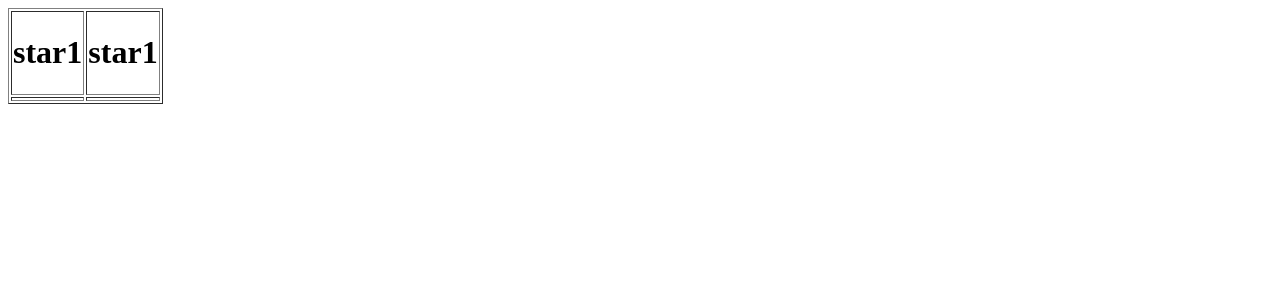
Repository: shindonguk/javapro
Page: htmls/WebContent/mouse/star.html
An editor plug-in stored every save of this project. The page is shown before and after the next save, followed by the edit.
The browser window is 1280 px wide. The pictures show the whole page.

Above is the page before, as saved 2017-01-16 08:34:27.
Console error: SyntaxError: Unexpected end of input

### htmls/WebContent/mouse/star.html
<!DOCTYPE html>
<html>
<head>
<meta charset="EUC-KR">
<title>Insert title here</title>
<script type="text/javascript">
window.onload=function(){

}
	var str1= document.getElementById("star1")
	str1.onclick=function(){
	alert(this.innerHTML);
	this.style.background="yellow";

	};
	var str2 = document.getElementById("star2")
	str2.onclick=function(){
	alert(this.innerHTML);
	this.style.background="yellow";


</script>
</head>
<body>
<table border="1">
	<tr>
		<td id="yello1"><h1>star1</h1></td>
		<td id="yello2"><h1>star1</h1></td>
	</tr>
	<tr>
		<td id="star1"></td>
		<td id="star2"></td>
	</tr>

</table>
</body>
</html>

After the next save:
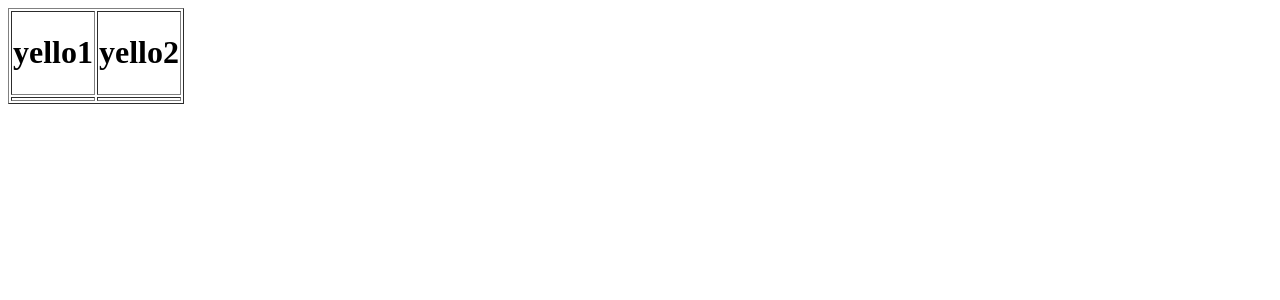
Saved 15 s later.
--- a/htmls/WebContent/mouse/star.html
+++ b/htmls/WebContent/mouse/star.html
@@ -24,8 +24,8 @@ window.onload=function(){
 <body>
 <table border="1">
 	<tr>
-		<td id="yello1"><h1>star1</h1></td>
-		<td id="yello2"><h1>star1</h1></td>
+		<td id="yello1"><h1>yello1</h1></td>
+		<td id="yello2"><h1>yello2</h1></td>
 	</tr>
 	<tr>
 		<td id="star1"></td>
